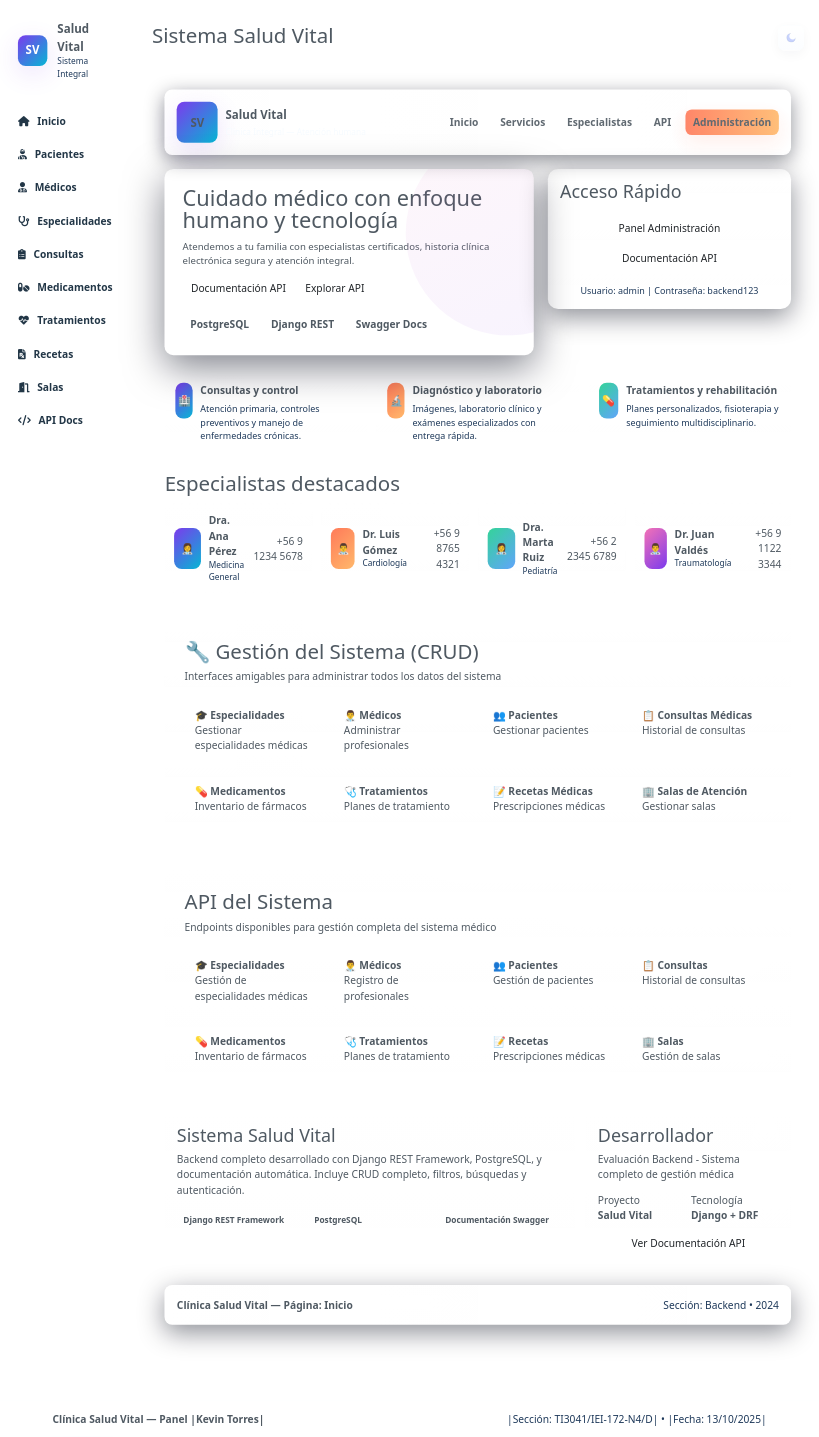
Repository: KeviNozh/eva2_clinica
Page: templates/index.html
These files come from the project's save history. The page is drawn as it stood at one moment and after the next save; the edit follows.
The browser window is 1280 px wide. The pictures show the whole page, at 64% of full size.
The template is drawn by Django 5.2. The application's start-up code is not run. The template is opened directly, without the code that normally fills it, so the values that code supplies are empty.

Above is the page before, as saved 2025-10-14 19:55:51.

After the next save:
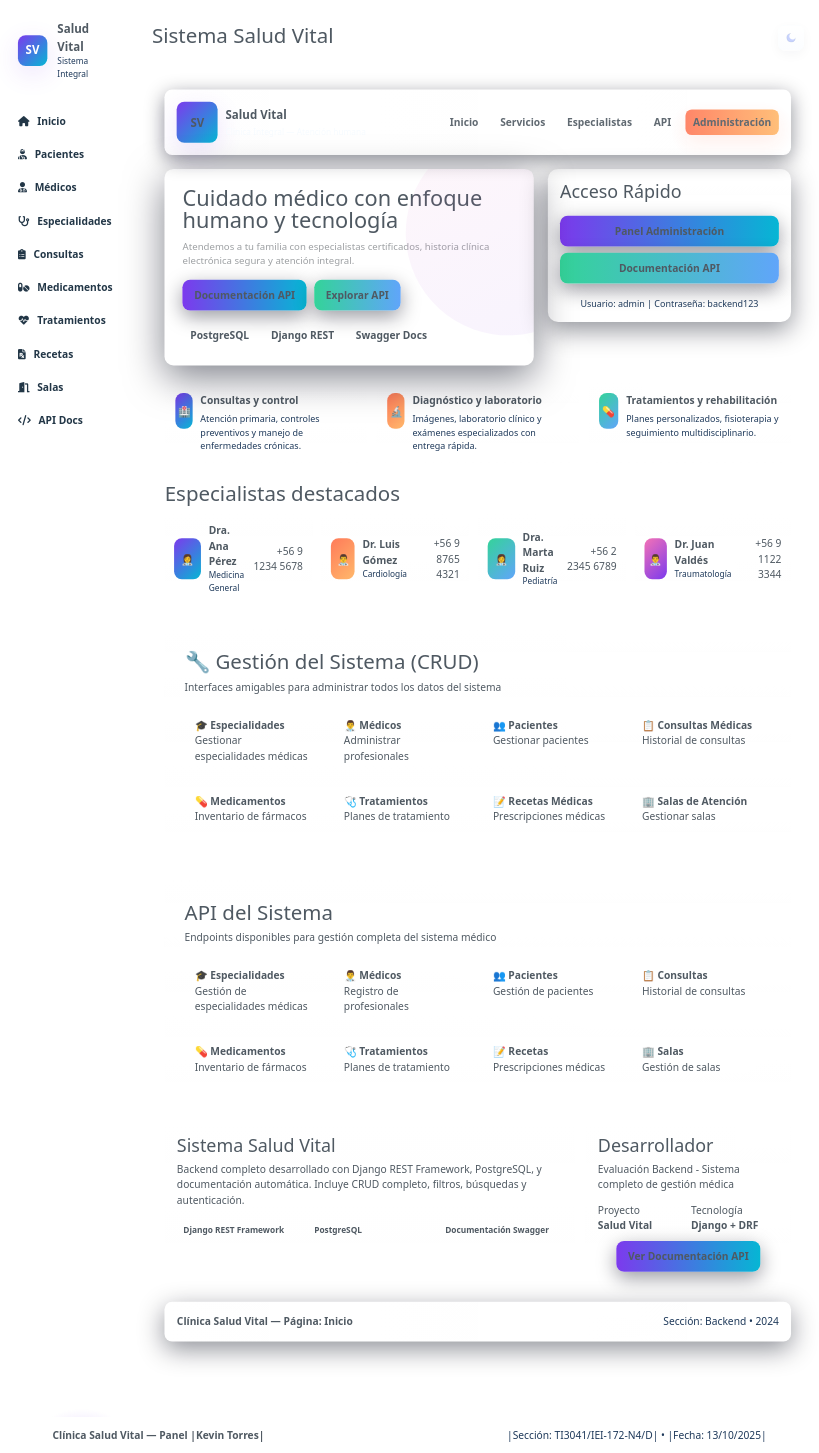
Saved 54 s later.
--- a/templates/index.html
+++ b/templates/index.html
@@ -74,7 +74,7 @@
     background:linear-gradient(135deg,var(--c4-start),var(--c4-end));opacity:0.06;transform:rotate(20deg);
   }
   .hero h1{margin:0;font-size:34px;line-height:1.02}
-  .hero p{margin:12px 0;color:var(--muted)
+  .hero p{margin:12px 0;color:#9da0a3;font-size:15px}
   .cta-group{display:flex;gap:12px;margin-top:18px;flex-wrap:wrap}
   .btn{
     padding:12px 18px;border-radius:12px;border:0;font-weight:800;cursor:pointer;
@@ -82,7 +82,7 @@
   }
   .btn.primary{background:linear-gradient(90deg,var(--c1-start),var(--c1-end))}
   .btn.alt{background:linear-gradient(90deg,var(--c3-start),var(--c3-end))}
-;font-size:15px}
+
   /* Appointment card (right) */
   .appointment{
     background: linear-gradient(180deg, rgba(255,255,255,0.03), rgba(255,255,255,0.02));
